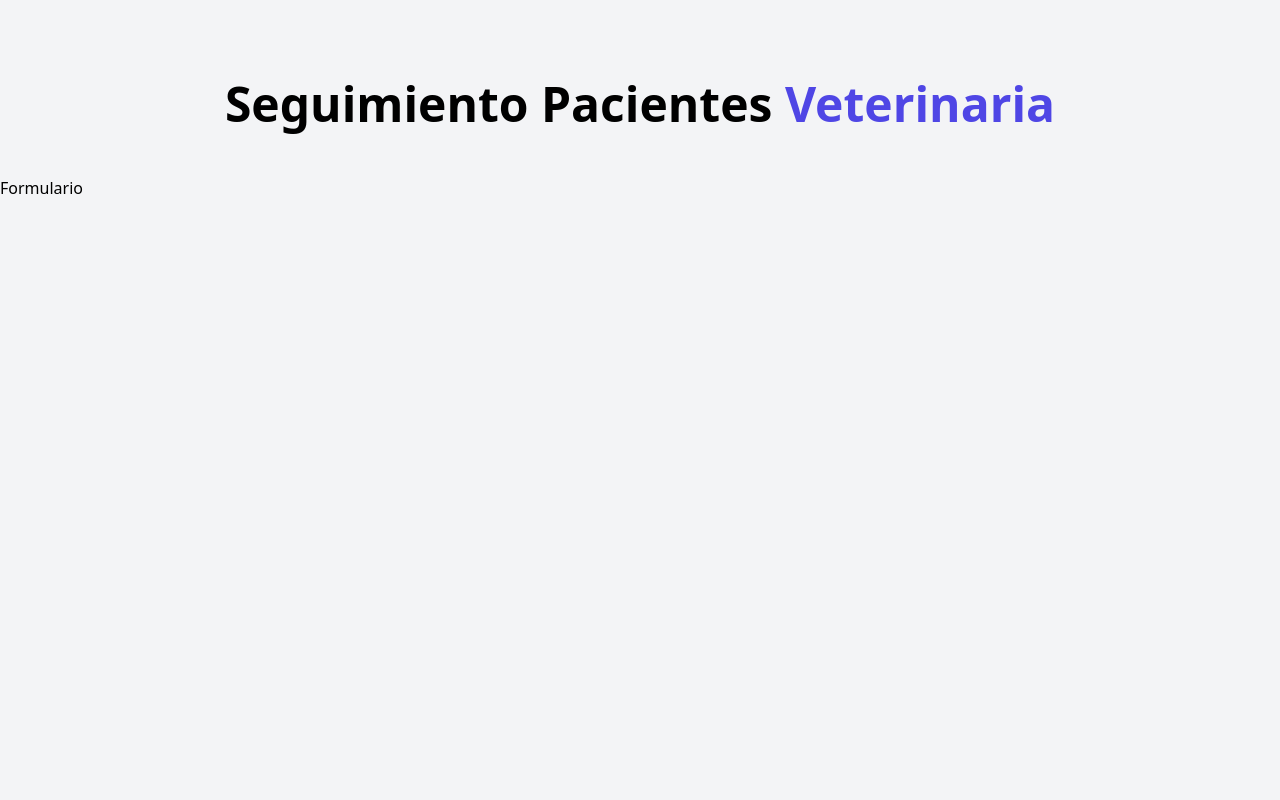
Repository: richardacb/citas_react_vite
Page: /
The author's editor kept a copy of each file at every save. The page is drawn from the files as they stood at one save, then again after a run of saves.
The browser window is 1280 px wide. The pictures show the whole page.
The project was rebuilt for these pictures with package versions that can differ from the ones it lists, and the page was loaded fresh each time. Also part of the build but not shown: vite.config.js.

Above is the page before, as saved 2022-12-17 02:32:28.

### src/App.jsx
import { useState } from "react";
import Header from "./components/Header";
import Formulario from "./components/Formulario";
import ListadoPacientes from "./components/ListadoPacientes";

function App() {
  return (
    <div className="container mx-auto mt-20">
      <Header />
      <div className="mt-12 flex">
        <Formulario />
        <ListadoPacientes />
      </div>
    </div>
  );
}

export default App;

### src/components/Header.jsx
function Header() {
  return (
    <>
        <h1 className="font-black text-5xl text-center md:w-2/3 mx-auto">Seguimiento Pacientes {''}
         <span className="text-indigo-600">Veterinaria</span></h1>
    </>
  );
}

export default Header;

### src/components/Formulario.jsx
const Formulario = () => {
    return (
        <div className="w-1/2">
            <h2>Formulario</h2>
        </div>
    )
}

export default Formulario;

### src/components/ListadoPacientes.jsx
const ListadoPacientes = () => {
  return;
  <div className="w-1/2">
    <h2>Listado de Pacientes</h2>
  </div>;
};

export default ListadoPacientes;

Loaded but not shown: index.html (common file); src/main.jsx (common file); src/index.css (common file); tailwind.config.cjs (common file)

After the next 5 saves:
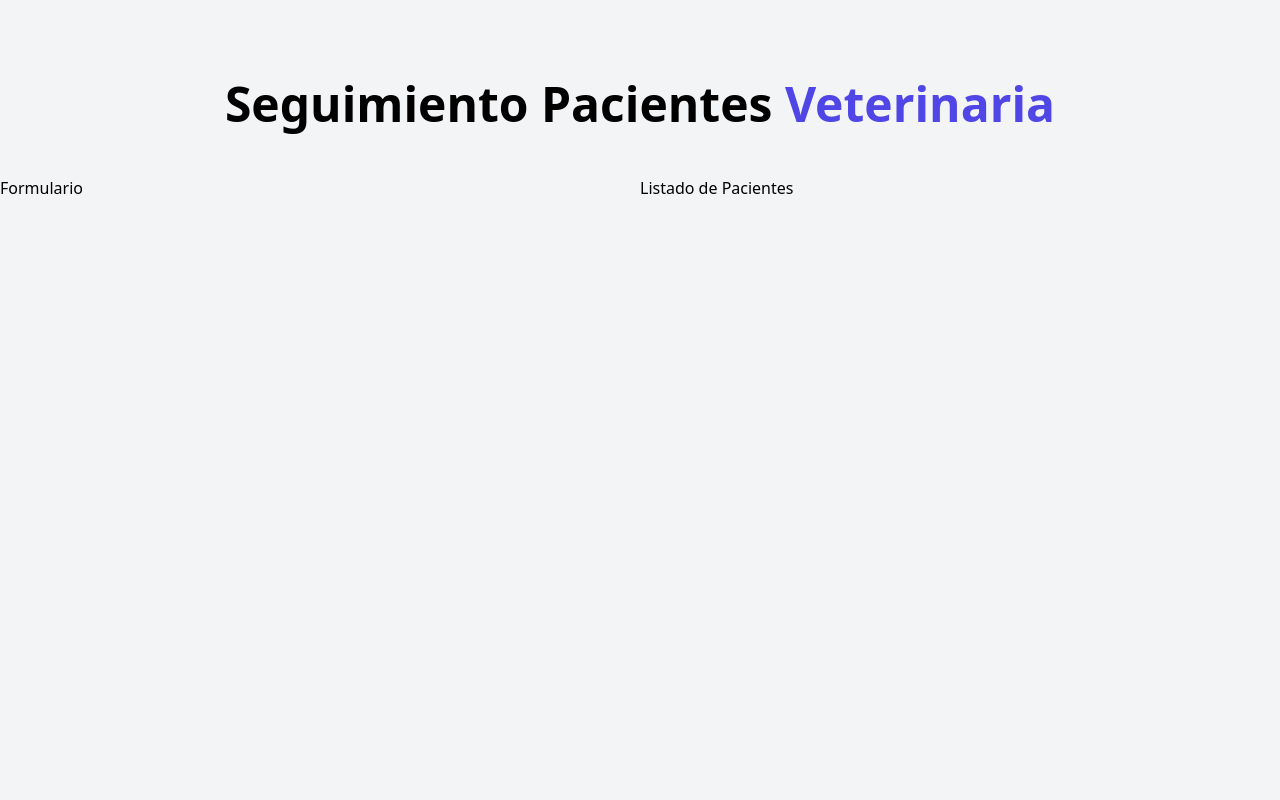
The 5 saves are shown as one change because 1 did not build or start and some came seconds apart.
The last was saved 31 s later.
--- a/src/components/ListadoPacientes.jsx
+++ b/src/components/ListadoPacientes.jsx
@@ -1,8 +1,9 @@
 const ListadoPacientes = () => {
-  return;
+  return(
   <div className="w-1/2">
     <h2>Listado de Pacientes</h2>
-  </div>;
+  </div>
+  )
 };
 
 export default ListadoPacientes;
